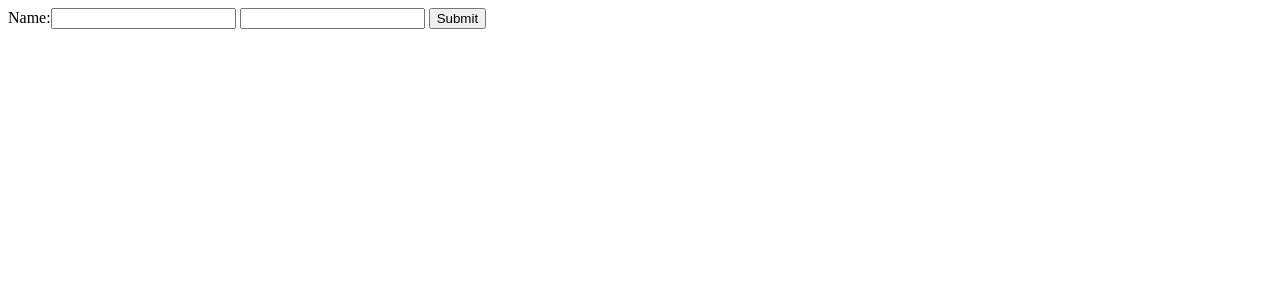
Repository: saikumarlaveti/Servlets
Page: LoginForm/src/main/webapp/LoginPage.html
These files come from the project's save history. The page is drawn as it stood at one moment and after the next save; the edit follows.
The browser window is 1280 px wide. The pictures show the whole page.

Above is the page before, as saved 2024-10-04 09:55:28.

### LoginForm/src/main/webapp/LoginPage.html
<!DOCTYPE html>
<html>
<head>
<meta charset="UTF-8">
<title>Insert title here</title>
</head>
<body>
<form action="valid" method="post">
Name:<input type="text" name="name">
<input type="text" name="password">
<input type="submit">
</form>
</body>
</html>

After the next save:
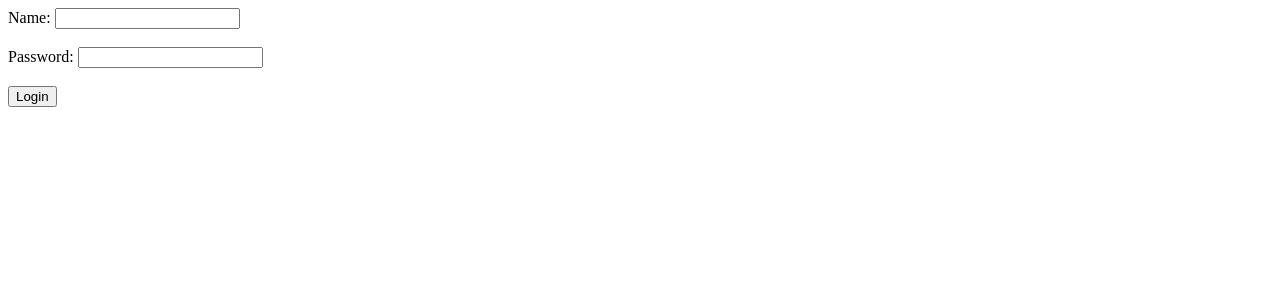
Saved 58 s later.
--- a/LoginForm/src/main/webapp/LoginPage.html
+++ b/LoginForm/src/main/webapp/LoginPage.html
@@ -6,9 +6,10 @@
 </head>
 <body>
 <form action="valid" method="post">
-Name:<input type="text" name="name">
-<input type="text" name="password">
-<input type="submit">
+Name: <input type="text" name="name"><br><br>
+
+Password: <input type="text" name="password"> <br><br>
+<input type="submit" value="Login">
 </form>
 </body>
 </html>
